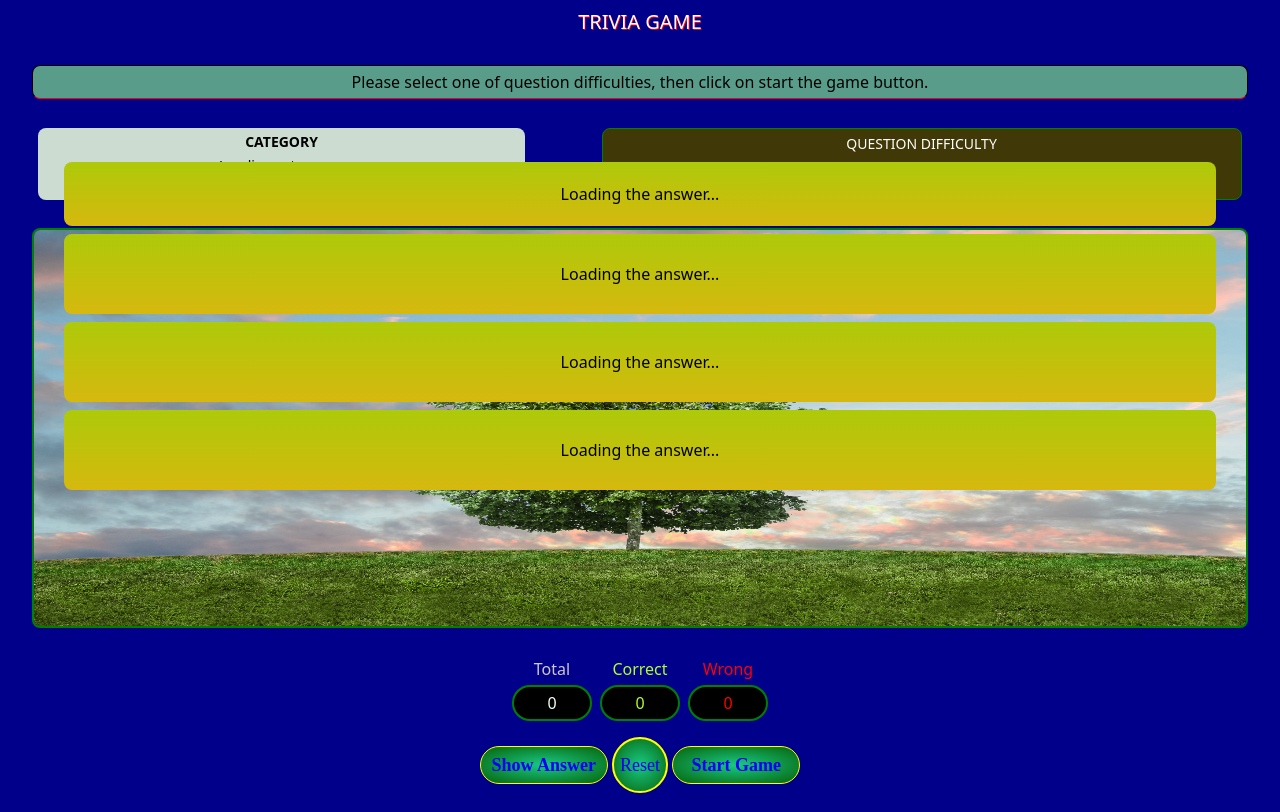
Repository: ShindanoSingi/bembe-trivia
Page: index.html
The author's editor kept a copy of each file at every save. The page is drawn from the files as they stood at one save, then again after the next save.
The browser window is 1280 px wide. The pictures show the whole page.
Some web libraries are served in a nearby version.

Above is the page before, as saved 2022-09-08 00:59:40.

After the next save:
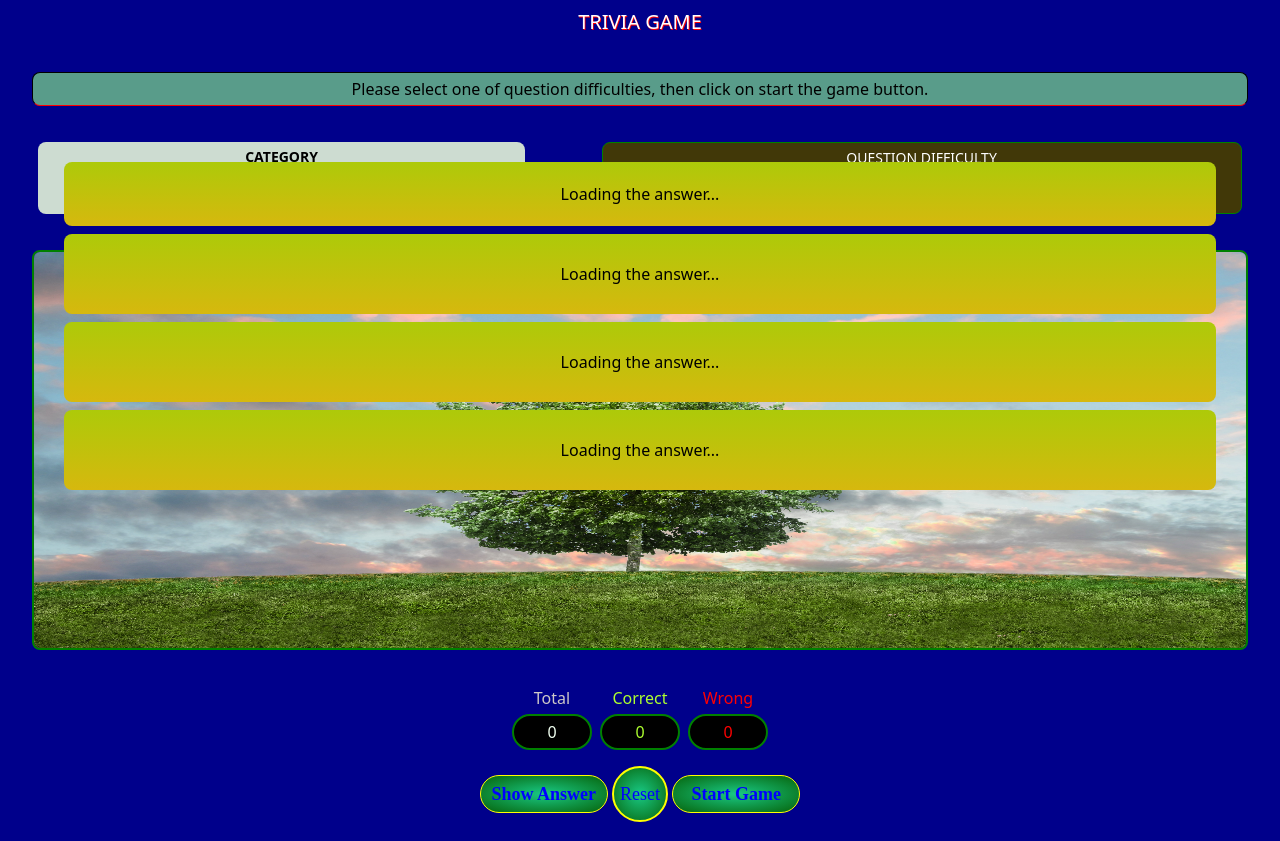
Saved 9 s later.
--- a/index.html
+++ b/index.html
@@ -11,7 +11,7 @@
     </head>
 
     <body class="">
-        <div class="containerBox max-h-[100vh] my-2 flex flex-col gap-[4vh]">
+        <div class="containerBox max-h-[100vh] my-2 flex flex-col gap-[5vh]">
             <h1 class="text-center text-xl" >TRIVIA GAME</h1>
             <div class="questionBox text-center w-[95vw] px-2 h-[8rem] p-1 mx-auto rounded-lg">
                 Please select one of question difficulties, then click on start the game button.
